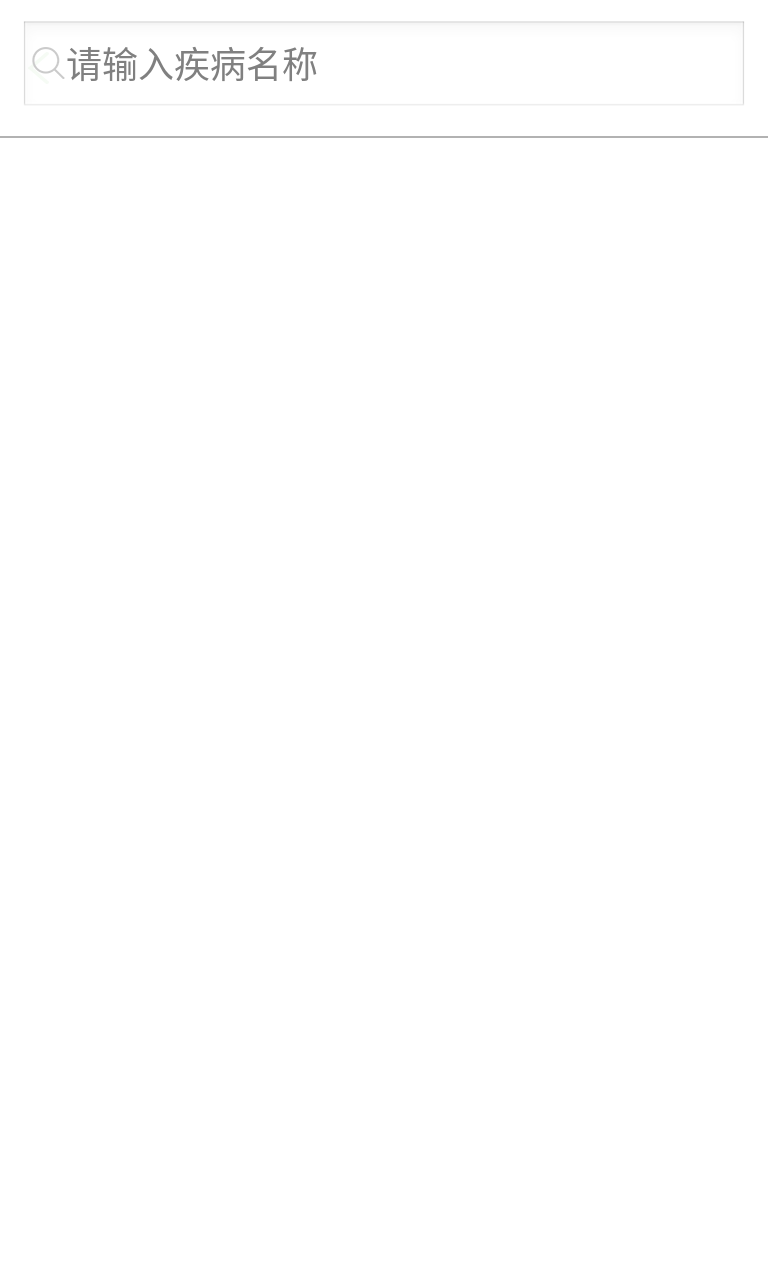
Repository: hjhlove110/XYApp
Layout: XYApp/res/layout/serache_view.xml
The author's editor kept a copy of each file at every save. The layout is drawn from the files as they stood at one save, then again after the next save.
It is drawn on a 768 x 1280 px phone screen (xhdpi) without system bars, with theme Translucent; the app's code is not run.

Above is the layout before, as saved 2015-09-23 05:33:04.

### XYApp/res/layout/serache_view.xml
<LinearLayout xmlns:android="http://schemas.android.com/apk/res/android"
    android:layout_width="fill_parent"
    android:layout_height="fill_parent"
    android:orientation="vertical" >

    <LinearLayout
        android:layout_width="match_parent"
        android:layout_height="wrap_content"
        android:orientation="vertical" >

        <RelativeLayout
            android:layout_width="match_parent"
            android:layout_height="wrap_content" >

            <ImageButton
                android:id="@+id/btnBack"
                android:layout_width="wrap_content"
                android:layout_height="wrap_content"
                android:layout_centerVertical="true"
                android:layout_margin="10dp"
                android:background="@drawable/btn_back_selector" />

            <EditText
                android:id="@+id/title"
                android:layout_width="match_parent"
                android:layout_height="wrap_content"
                android:layout_centerHorizontal="true"
                android:layout_centerVertical="true"
                android:layout_margin="10dp"
                android:drawableLeft="@drawable/serach1"
                android:gravity="center_vertical|left"
                android:hint="请输入疾病名称"
                android:paddingLeft="5dp"
                android:textColor="#49b233" />
        </RelativeLayout>

        <View
            android:layout_width="match_parent"
            android:layout_height="1dp"
            android:background="#b2b2b2" />
    </LinearLayout>

</LinearLayout>

### XYApp/res/values/styles.xml
<resources>

    <!--
        Base application theme, dependent on API level. This theme is replaced
        by AppBaseTheme from res/values-vXX/styles.xml on newer devices.



    -->
    <style name="AppBaseTheme" parent="Theme.AppCompat.Light">
        <!--
            Theme customizations available in newer API levels can go in
            res/values-vXX/styles.xml, while customizations related to
            backward-compatibility can go here.



        -->
    </style>

    <!-- Application theme. -->
    <style name="AppTheme" parent="AppBaseTheme">

        <!-- All customizations that are NOT specific to a particular API-level can go here. -->
        <item name="android:windowNoTitle">true</item>
    </style>

    <style name="CheckBoxMain">
        <item name="android:button">@null</item>
        <item name="android:paddingTop">12dip</item>
        <item name="android:gravity">center</item>
        <item name="android:background">@drawable/bg_mune</item>
        <item name="android:textSize">14sp</item>
        <item name="android:textColor">#656565</item>
        <item name="android:layout_width">0dip</item>
        <item name="android:layout_height">wrap_content</item>
        <item name="android:layout_weight">1</item>
    </style>

    <style name="Translucent" parent="@android:style/Theme.Translucent">
        <item name="android:windowNoTitle">true</item>
        <item name="android:windowIsFloating">true</item>
        <item name="android:windowIsTranslucent">true</item>
        <item name="android:windowContentOverlay">@null</item>
        <item name="android:windowAnimationStyle">@android:style/Animation.Dialog</item>
        <item name="android:backgroundDimEnabled">true</item>
    </style>

</resources>

### XYApp/res/drawable/btn_back_selector.xml
<?xml version="1.0" encoding="UTF-8"?>
<selector xmlns:android="http://schemas.android.com/apk/res/android">

    <item android:drawable="@drawable/l_back_p" android:state_checked="true"/>
    <item android:drawable="@drawable/l_back_p" android:state_pressed="true"/>
    <item android:drawable="@drawable/l_back"/>

</selector>

### XYApp/res/drawable/txt_bg.xml
<?xml version="1.0" encoding="utf-8"?>
<shape xmlns:android="http://schemas.android.com/apk/res/android"
    android:shape="rectangle" >

    <corners android:radius="3dp" />

    <solid android:color="#ffffff" />

    <stroke
        android:width="1dp"
        android:color="#b2b2b2" />

</shape>

After the next save:
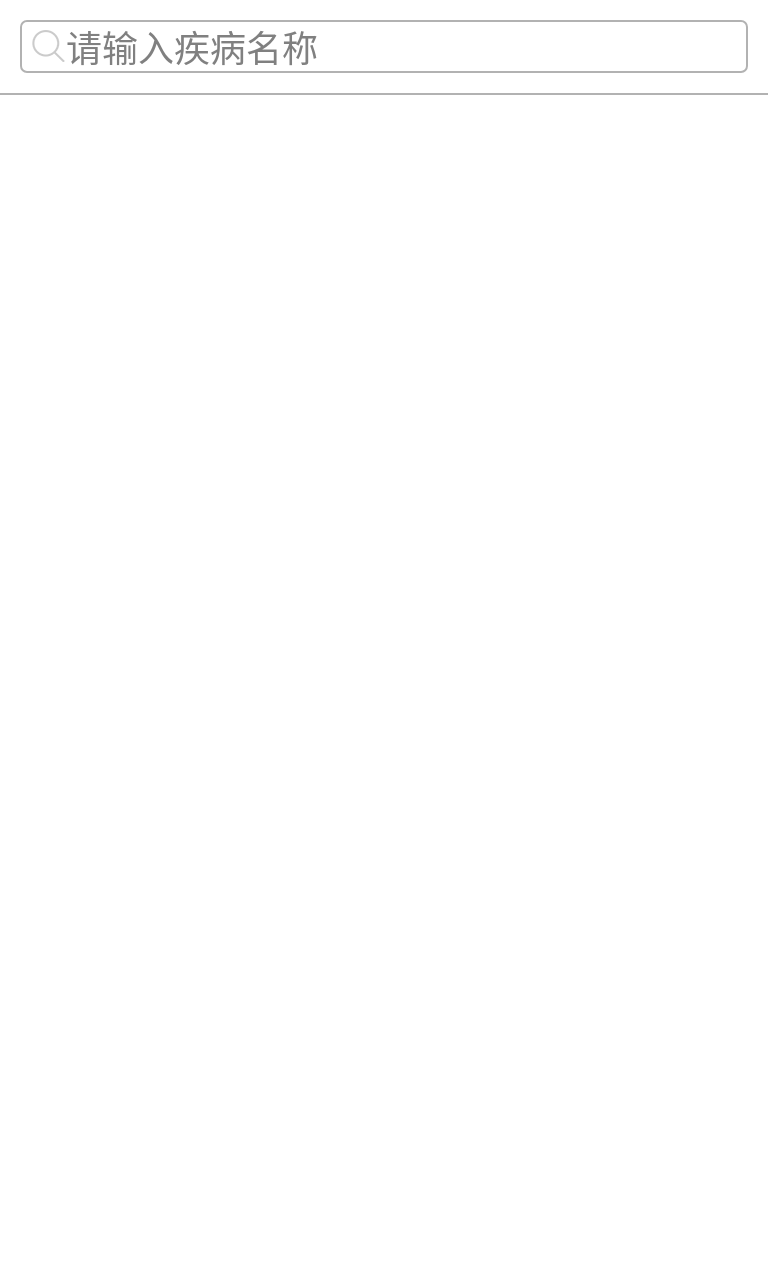
Saved 16 s later.
--- a/XYApp/res/layout/serache_view.xml
+++ b/XYApp/res/layout/serache_view.xml
@@ -25,6 +25,7 @@
                 android:layout_width="match_parent"
                 android:layout_height="wrap_content"
                 android:layout_centerHorizontal="true"
+                android:background="@drawable/txt_bg"
                 android:layout_centerVertical="true"
                 android:layout_margin="10dp"
                 android:drawableLeft="@drawable/serach1"
